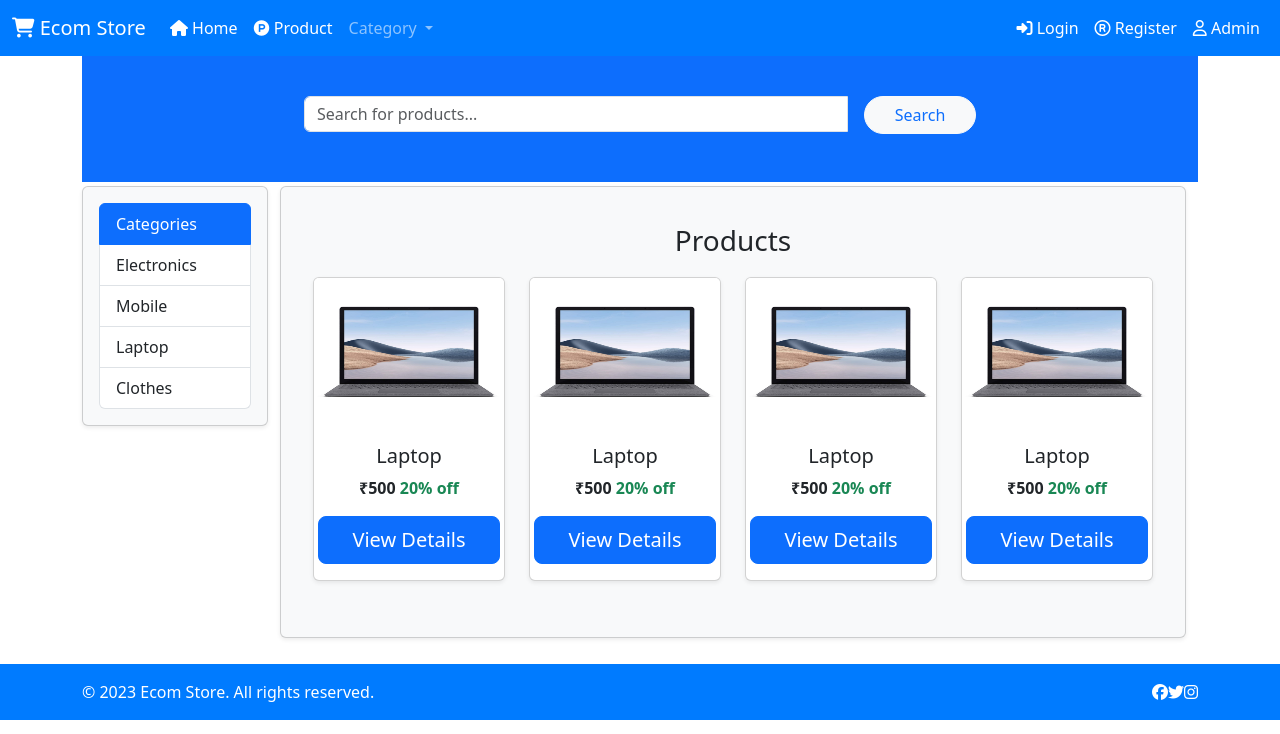
Repository: Deva-bot/EcomProject
Page: http://localhost/product
These files come from the project's save history. The page is drawn as it stood at one moment and after the next save; the edit follows.
The browser window is 1280 px wide. The pictures show the whole page.
The page is this project's Thymeleaf template; nobody is signed in. The template is opened directly, without the code that normally fills it, so the values that code supplies are empty.

Above is the page before, as saved 2024-07-13 03:28:11.

### Shopping_Cart/src/main/resources/templates/product.html
<!DOCTYPE html>
<html lang="en" xmlns:th="http://www.thymeleaf.org" th:replace="base::layout(~{::section})">

<head>
	<meta charset="utf-8">
	<title>Product Details</title>
	<link rel="stylesheet" href="https://cdnjs.cloudflare.com/ajax/libs/font-awesome/6.5.2/css/all.min.css" integrity="sha512-SnH5WK+bZxgPHs44uWIX+LLJAJ9/2PkPKZ5QiAj6Ta86w+fsb2TkcmfRyVX3pBnMFcV7oQPJkl9QevSCWr3W6A==" crossorigin="anonymous" referrerpolicy="no-referrer" />
</head>

<body>
	<section th:fragment="content">
		<div class="container-fluid bg-primary p-5 mt-4">
			<div class="row">
				<div class="col-md-8 offset-md-2">
					<form>
						<div class="input-group">
							<input type="text" class="form-control h-50" name="search"
								placeholder="Search for products..."> <button
								class="btn btn-light text-primary ms-3 col-md-2 h-50 rounded-pill">Search</button>
						</div>
					</form>
				</div>
			</div>
		</div>
		<div class="container-fluid mt-1">
			<div class="row">
				<div class="col-md-2 p-0">
					<div class="card shadow-sm p-0 mb-5 bg-body-tertiary rounded">
						<div class="card-body">
							<div class="list-group">
								<a href="#" class="list-group-item list-group-item-action active"
									aria-current="true">Categories</a> <a href="#"
									class="list-group-item list-group-item-action">Electronics</a> <a href="#"
									class="list-group-item list-group-item-action">Mobile</a> <a href="#"
									class="list-group-item list-group-item-action">Laptop</a> <a href="#"
									class="list-group-item list-group-item-action">Clothes</a>
							</div>
						</div>
					</div>
				</div>
				<div class="col-md-10">
					<div class="card shadow-sm p-3 mb-5 bg-body-tertiary rounded">
						<div class="card-body">
							<p class="fs-3 text-center">Products</p>
							<div class="row">
								<div class="col-md-3 mb-4">
									<div class="card shadow-sm">
										<img src="img/product_img/laptop.jpg" class="card-img-top" alt="Laptop"
											height="150px">
										<div class="card-body">
											<h5 class="card-title text-center">Laptop</h5>
											<div class="row text-center">
												<p class="fs-6 fw-bold">₹500 <span class="fs-6 text-success">20%
														off</span></p>
												<a href="/viewproduct" class="btn btn-primary btn-lg">View Details</a>
											</div>
										</div>
									</div>
								</div>
								<div class="col-md-3 mb-4">
									<div class="card shadow-sm">
										<img src="img/product_img/laptop.jpg" class="card-img-top" alt="Laptop"
											height="150px">
										<div class="card-body">
											<h5 class="card-title text-center">Laptop</h5>
											<div class="row text-center">
												<p class="fs-6 fw-bold">₹500 <span class="fs-6 text-success">20%
														off</span></p>
												<a href="/viewproduct" class="btn btn-primary btn-lg">View Details</a>
											</div>
										</div>
									</div>
								</div>
								<div class="col-md-3 mb-4">
									<div class="card shadow-sm">
										<img src="img/product_img/laptop.jpg" class="card-img-top" alt="Laptop"
											height="150px">
										<div class="card-body">
											<h5 class="card-title text-center">Laptop</h5>
											<div class="row text-center">
												<p class="fs-6 fw-bold">₹500 <span class="fs-6 text-success">20%
														off</span></p>
												<a href="/viewproduct" class="btn btn-primary btn-lg">View Details</a>
											</div>
										</div>
									</div>
								</div>
								<div class="col-md-3 mb-4">
									<div class="card shadow-sm">
										<img src="img/product_img/laptop.jpg" class="card-img-top" alt="Laptop"
											height="150px">
										<div class="card-body">
											<h5 class="card-title text-center">Laptop</h5>
											<div class="row text-center">
												<p class="fs-6 fw-bold">₹500 <span class="fs-6 text-success">20%
														off</span></p>
												<a href="/viewproduct" class="btn btn-primary btn-lg">View Details</a>
											</div>
										</div>
									</div>
								</div>
							</div>
						</div>
					</div>
				</div>
			</div>
		</div>
	</section>
</body>

</html>

### Shopping_Cart/src/main/resources/templates/base.html
<!DOCTYPE html>
<html lang="en" xmlns:th="http://www.thymeleaf.org" th:fragment="layout(content)">

<head>
	<meta charset="ISO-8859-1">
	<title>Ecom Store</title>
	<!-- Bootstrap link-->
	<link href="https://cdn.jsdelivr.net/npm/bootstrap@5.3.3/dist/css/bootstrap.min.css" rel="stylesheet"
		integrity="sha384-QWTKZyjpPEjISv5WaRU9OFeRpok6YctnYmDr5pNlyT2bRjXh0JMhjY6hW+ALEwIH" crossorigin="anonymous">

	<!-- Font Awesome link-->
	<link rel="stylesheet" href="https://cdnjs.cloudflare.com/ajax/libs/font-awesome/6.5.2/css/all.min.css"
		integrity="sha512-SnH5WK+bZxgPHs44uWIX+LLJAJ9/2PkPKZ5QiAj6Ta86w+fsb2TkcmfRyVX3pBnMFcV7oQPJkl9QevSCWr3W6A=="
		crossorigin="anonymous" referrerpolicy="no-referrer" />

	<style>
		.bg-ecom {
			background-color: #007bff !important;
		}
	</style>
</head>

<body>
	<!-- Navbar start-->
	<nav class="navbar navbar-expand-lg bg-ecom fixed-top navbar-dark">
		<div class="container-fluid">
			<a class="navbar-brand" href="/"><i class="fa-solid fa-cart-shopping"></i> Ecom Store</a>
			<button class="navbar-toggler" type="button" data-bs-toggle="collapse"
				data-bs-target="#navbarSupportedContent" aria-controls="navbarSupportedContent" aria-expanded="false"
				aria-label="Toggle navigation">
				<span class="navbar-toggler-icon"></span>
			</button>
			<div class="collapse navbar-collapse" id="navbarSupportedContent">
				<ul class="navbar-nav me-auto mb-2 mb-lg-0">
					<li class="nav-item">
						<a class="nav-link active" aria-current="page" href="/"><i class="fa-solid fa-house"></i>
							Home</a>
					</li>
					<li class="nav-item">
						<a class="nav-link active" aria-current="page" href="/products"><i
								class="fa-brands fa-product-hunt"></i> Product</a>
					</li>
					<li class="nav-item dropdown">
						<a class="nav-link dropdown-toggle" href="#" role="button" data-bs-toggle="dropdown"
							aria-expanded="false">
							Category
						</a>
					</li>
				</ul>
				<ul class="navbar-nav ms-auto mb-2 mb-lg-0">
					<li class="nav-item">
						<a class="nav-link active" aria-current="page" href="/login"><i
								class="fa-solid fa-right-to-bracket"></i> Login</a>
					</li>
					<li class="nav-item">
						<a class="nav-link active" aria-current="page" href="/register"><i
								class="fa-regular fa-registered"></i>
							Register</a>
					</li>
					<li class="nav-item">
						<a class="nav-link active" aria-current="page" href="#"><i class="fa-regular fa-user"></i>
							Admin</a>
					</li>
				</ul>
			</div>
		</div>
	</nav>
	<!-- Navbar end-->

	<div class="container mt-5 mb-5">
		<div th:replace="~{::content}"></div>
	</div>

	<!--Start Footer-->
	<footer class="container-fluid bg-ecom text-white py-3 fixed-bottom">
		<div class="container d-flex justify-content-between align-items-center">
			<p class="mb-0">&copy; 2023 Ecom Store. All rights reserved.</p>
			<ul class="list-unstyled d-flex mb-0">
				<li><a href="#" class="text-white mr-3"><i class="fab fa-facebook"></i></a></li>
				<li><a href="#" class="text-white mr-3"><i class="fab fa-twitter"></i></a></li>
				<li><a href="#" class="text-white mr-3"><i class="fab fa-instagram"></i></a></li>
			</ul>
		</div>
	</footer>
	<!--End Footer-->

	<script src="https://cdn.jsdelivr.net/npm/bootstrap@5.3.3/dist/js/bootstrap.bundle.min.js"
		integrity="sha384-YvpcrYf0tY3lHB60NNkmXc5s9fDVZLESaAA55NDzOxhy9GkcIdslK1eN7N6jIeHz" crossorigin="anonymous">
		</script>
</body>

</html>

After the next save:
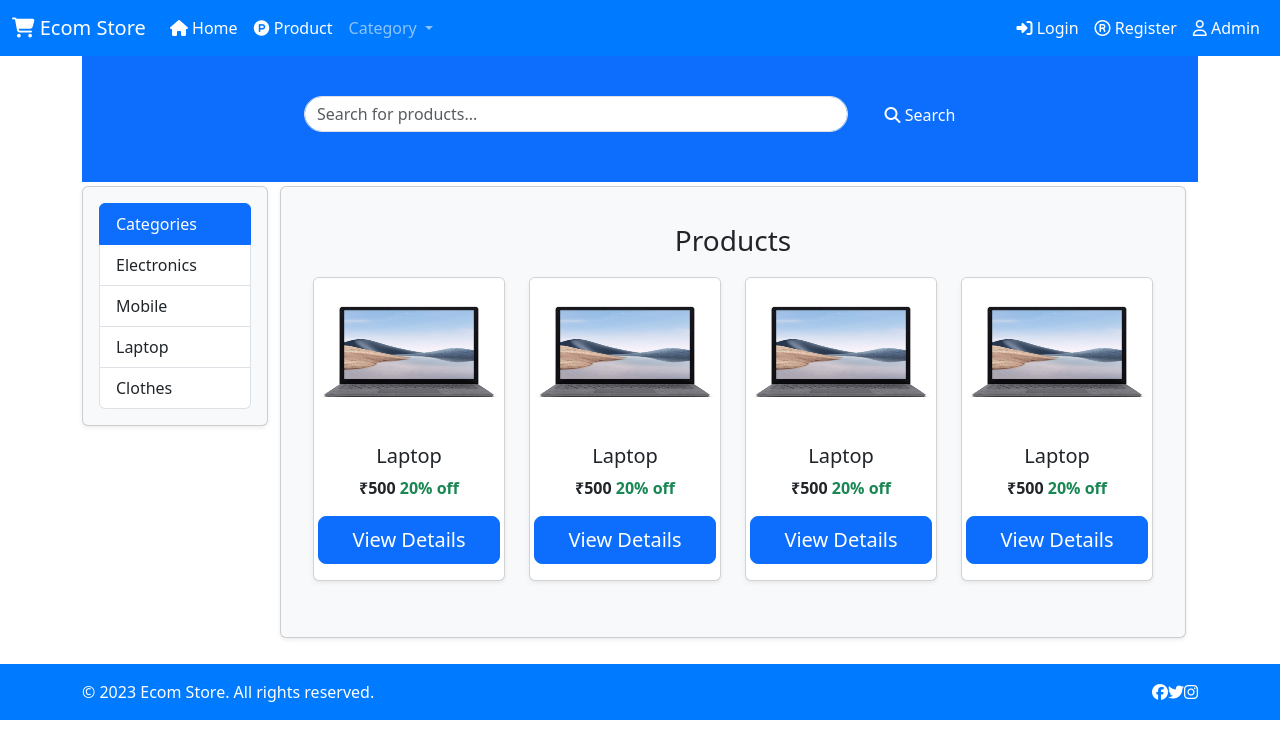
Saved 15 s later.
--- a/Shopping_Cart/src/main/resources/templates/product.html
+++ b/Shopping_Cart/src/main/resources/templates/product.html
@@ -13,11 +13,12 @@
 			<div class="row">
 				<div class="col-md-8 offset-md-2">
 					<form>
-						<div class="input-group">
-							<input type="text" class="form-control h-50" name="search"
-								placeholder="Search for products..."> <button
-								class="btn btn-light text-primary ms-3 col-md-2 h-50 rounded-pill">Search</button>
-						</div>
+					  <div class="input-group">
+					    <input type="text" class="form-control h-50 rounded-pill" name="search" placeholder="Search for products...">
+					    <button class="btn btn-primary ms-3 col-md-2 h-50 rounded-pill">
+					      <i class="fas fa-search"></i> Search
+					    </button>
+					  </div>
 					</form>
 				</div>
 			</div>
